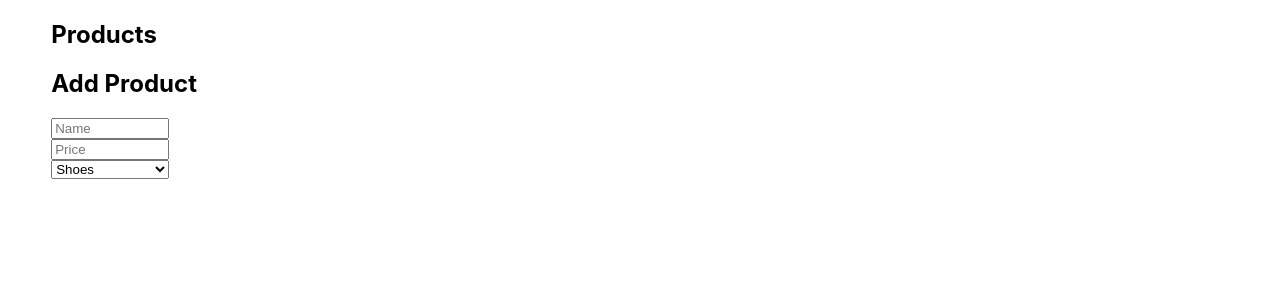
Repository: zcoderboy/redux-workout
Page: /
The author's editor kept a copy of each file at every save. The page is drawn from the files as they stood at one save, then again after the next save.
The browser window is 1280 px wide. The pictures show the whole page.
The project was rebuilt for these pictures with package versions that can differ from the ones it lists, and the page was loaded fresh each time. Also part of the build but not shown: src/Product.js.

Above is the page before, as saved 2020-08-17 15:20:20.

After the next save:
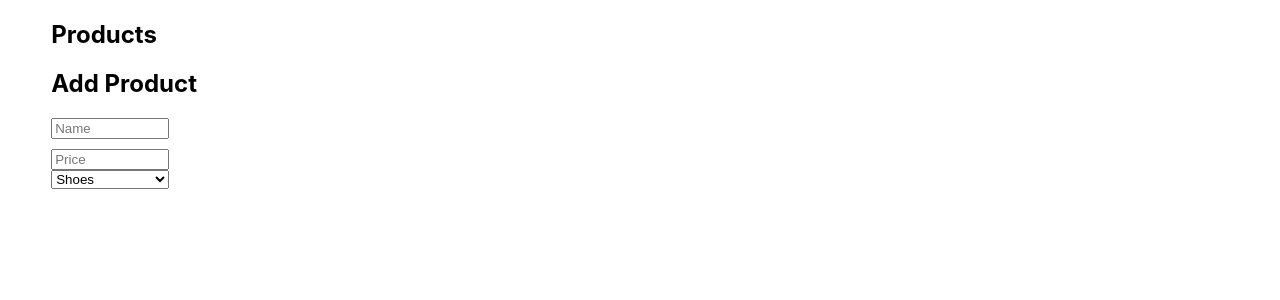
Saved 4 s later.
--- a/src/ProductAdd.js
+++ b/src/ProductAdd.js
@@ -9,7 +9,7 @@ const ProductAdd = (props) => {
         flexDirection: "column",
         width: "10%"
       }}>
-        <input styles={{
+        <input style={{
           marginBottom: "10px"
         }} type="text" name="name" placeholder="Name"></input>
         <input type="number" name="price" placeholder="Price"></input>
